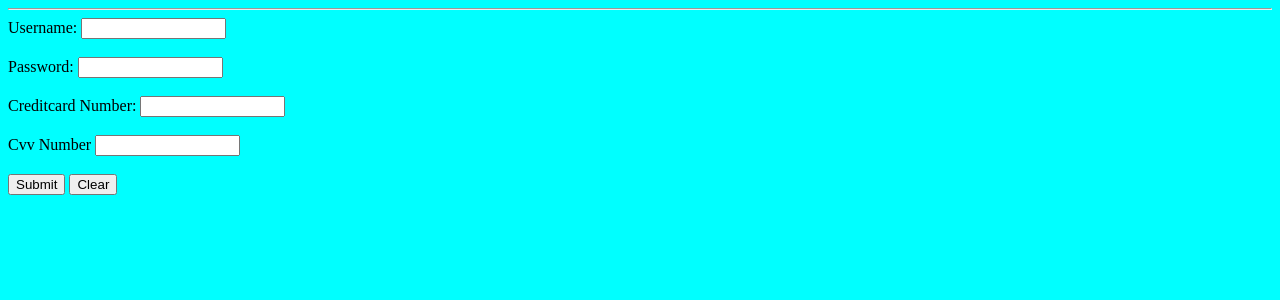
Repository: laikrish/day10
Page: CreditCard/WebContent/creditcard.html
These files come from the project's save history. The page is drawn as it stood at one moment and after the next save; the edit follows.
The browser window is 1280 px wide. The pictures show the whole page.

Above is the page before, as saved 2018-09-06 07:48:41.

### CreditCard/WebContent/creditcard.html
<!DOCTYPE html>
<html>
<head>
<meta charset="ISO-8859-1">
<title>Credit Card Details</title>
</head>
<body bgcolor="cyan">
<hr>
<form action="credit" method="post">
<label> Username: </label>
<input type ="text" name="username" size="15"/>
<br><br>
<label>Password: </label>
<input type ="password" name="password" size="15"/>
<br><br>
<label> Creditcard Number: </label>
<input type ="text" name="creditcard number" size="15"/>
<br><br>
<label>Cvv Number </label>
<input type ="text" name="cvv number" size="15"/>
<br><br>
<input type="submit"/>
<input type="reset" value="Clear"/>
<br><br>
</form>

</body>
</html>

After the next save:
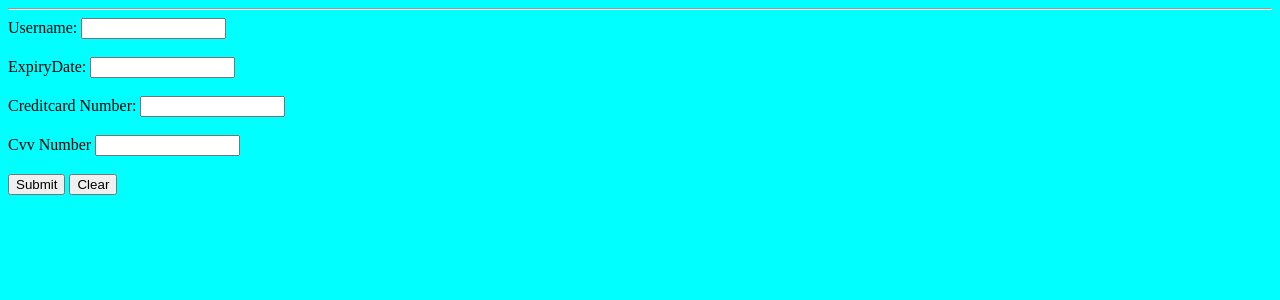
Saved 65 s later.
--- a/CreditCard/WebContent/creditcard.html
+++ b/CreditCard/WebContent/creditcard.html
@@ -10,8 +10,8 @@
 <label> Username: </label>
 <input type ="text" name="username" size="15"/>
 <br><br>
-<label>Password: </label>
-<input type ="password" name="password" size="15"/>
+<label>ExpiryDate: </label>
+<input type ="expirydate" name="expirydate" size="15"/>
 <br><br>
 <label> Creditcard Number: </label>
 <input type ="text" name="creditcard number" size="15"/>
